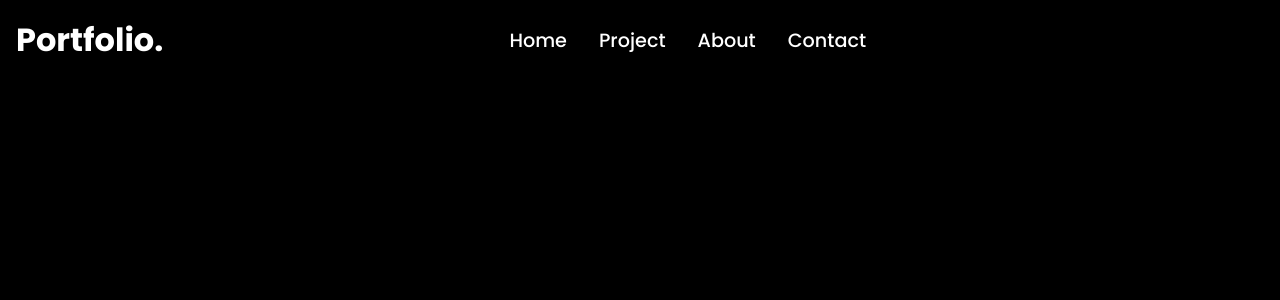
Repository: parisha-b3/My_Portfolio
Page: /
An editor plug-in stored every save of this project. The page is shown before and after a run of saves, followed by the edit.
The browser window is 1280 px wide. The pictures show the whole page.
The project was rebuilt for these pictures with package versions that can differ from the ones it lists, and the page was loaded fresh each time. Also part of the build but not shown: src/routes/About.js, src/routes/Project.js, src/routes/Contact.js.

Above is the page before, as saved 2024-10-14 12:13:17.

After the next 4 saves:
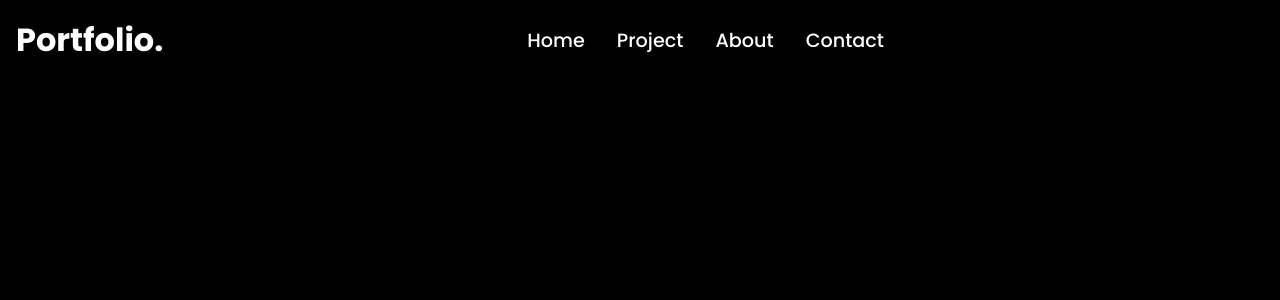
The 4 saves are shown as one change because they came seconds apart.
The last was saved 8 s later.
--- a/src/components/Navbar.js
+++ b/src/components/Navbar.js
@@ -16,7 +16,9 @@ const Navbar = () => {
             <li><Link to="/about">About</Link></li>
             <li><Link to="/contact">Contact</Link></li>
         </ul>
-        .hamb
+        <div className="hamburger">
+            <FaBars />
+        </div>
 
     </div>
   )
